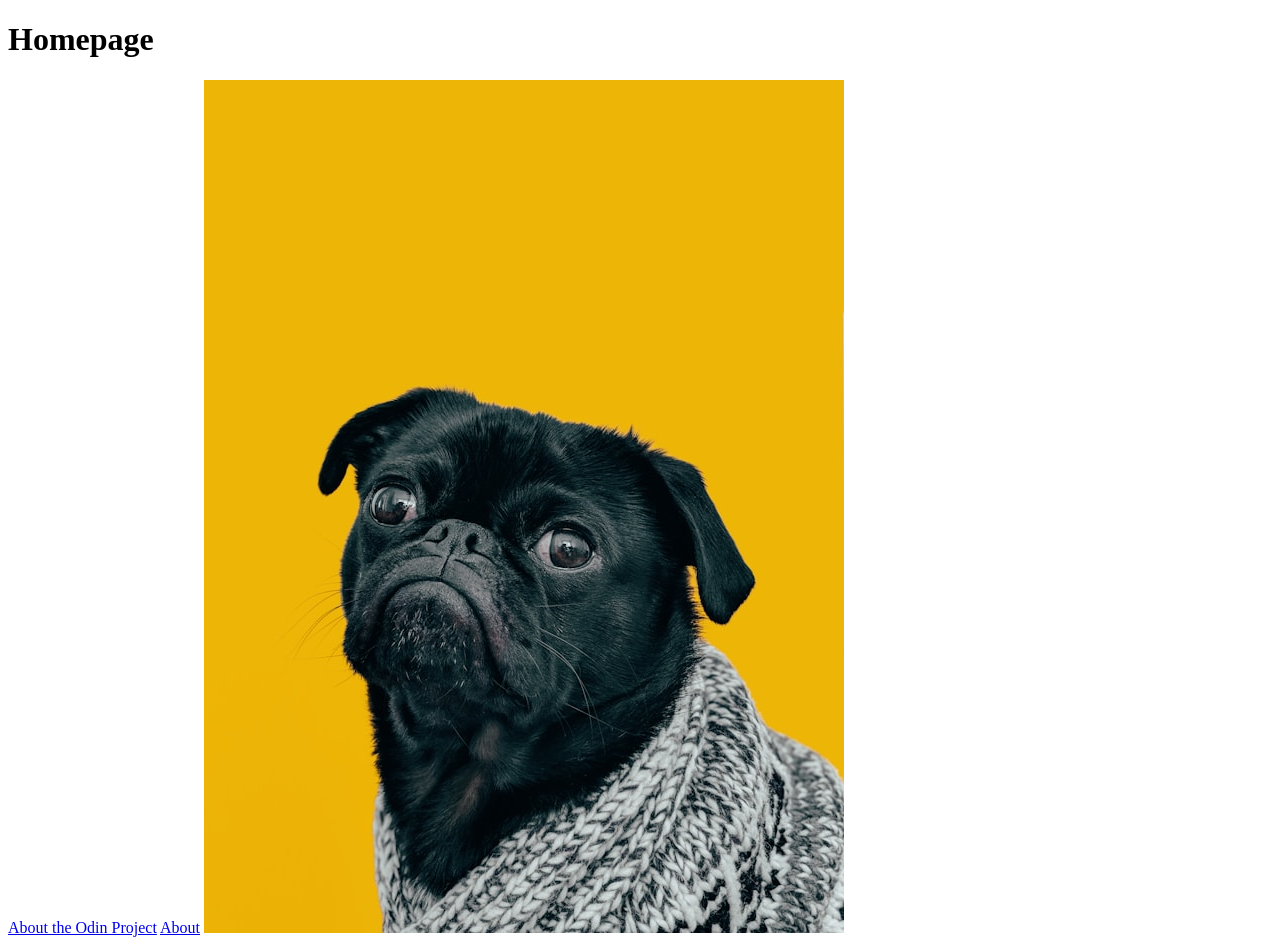
Repository: j0vesday/git_test
Page: root/odin-links-and-images/index.html
These files come from the project's save history. The page is drawn as it stood at one moment and after the next save; the edit follows.
The browser window is 1280 px wide. The pictures show the whole page.

Above is the page before, as saved 2024-09-27 05:44:29.

### root/odin-links-and-images/index.html
<!DOCTYPE html>
<html lang="en">
<head>
    <meta charset="UTF-8">
    <meta name="viewport" content="width=device-width, initial-scale=1.0">
    <title>Document</title>
</head>
<body>
    <h1>Homepage</h1>
    <a href="https://www.theodinproject.com/about" target="_blank" rel="noopener norefe">About the Odin Project</a>

    <a href="pages/about.html">About</a>

    <img src="./images/dog.jpg" alt="Gerald, The Pug"
</body>
</html

After the next save:
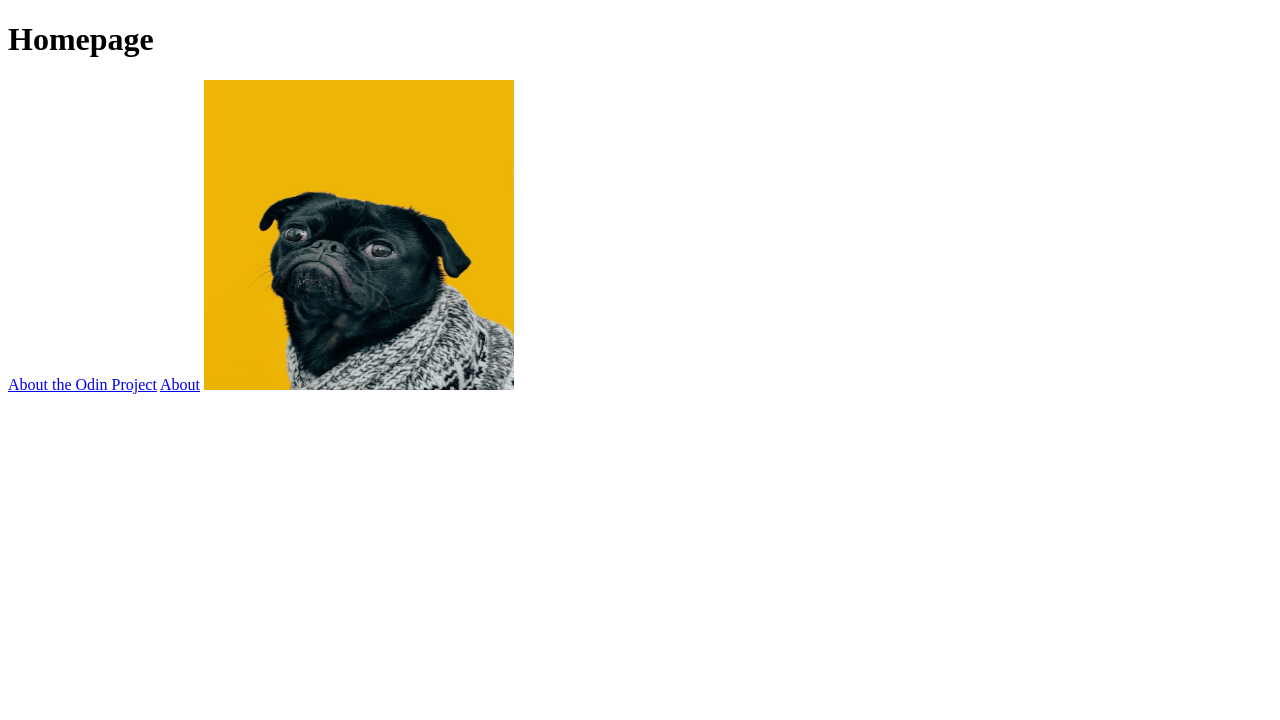
Saved 71 s later.
--- a/root/odin-links-and-images/index.html
+++ b/root/odin-links-and-images/index.html
@@ -11,6 +11,6 @@
 
     <a href="pages/about.html">About</a>
 
-    <img src="./images/dog.jpg" alt="Gerald, The Pug"
+    <img src="./images/dog.jpg" alt="Gerald, The Pug" height="310" width="310">
 </body>
 </html
